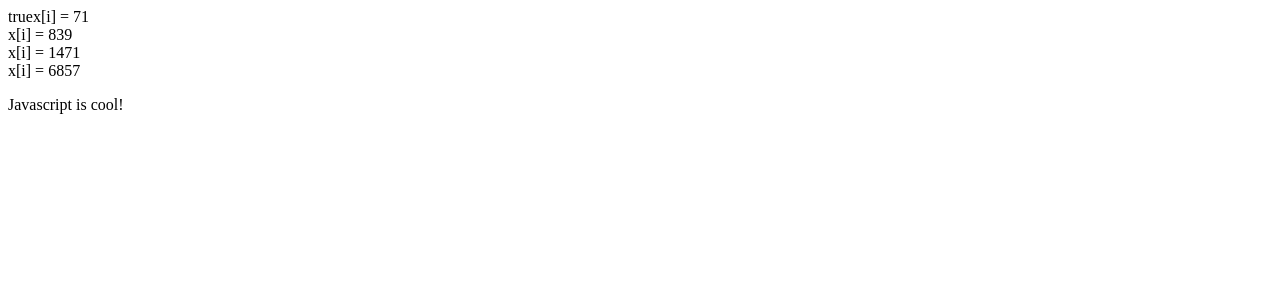
Repository: gregpuzzles1/workspace
Page: Javascript/WebContent/Euler-Javascript.html
These files come from the project's save history. The page is drawn as it stood at one moment and after the next save; the edit follows.
The browser window is 1280 px wide. The pictures show the whole page.

Above is the page before, as saved 2012-10-31 21:46:09.

After the next save:
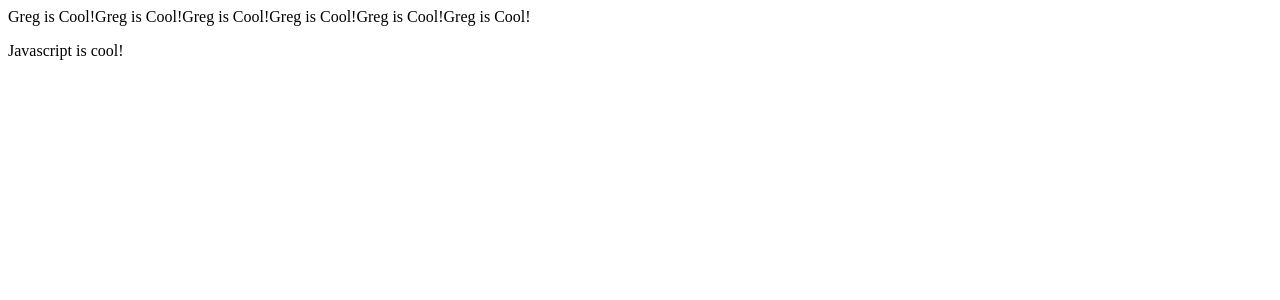
Saved 32 s later.
--- a/Javascript/test.js
+++ b/Javascript/test.js
@@ -1,4 +1,6 @@
-var number = 600851475143;
+writeThis(5);
+
+/*var number = 600851475143;
 var x = new Array;
 x = getListOfPrimes(number);
 document.write(isPrime(5));
@@ -39,7 +41,7 @@ function isPrime(n){
 	}
 	return true;
 }
-
+*/
 function writeThis(n){
 	for(var i = 0; i <= n; i++){
 		document.write("Greg is Cool!");
